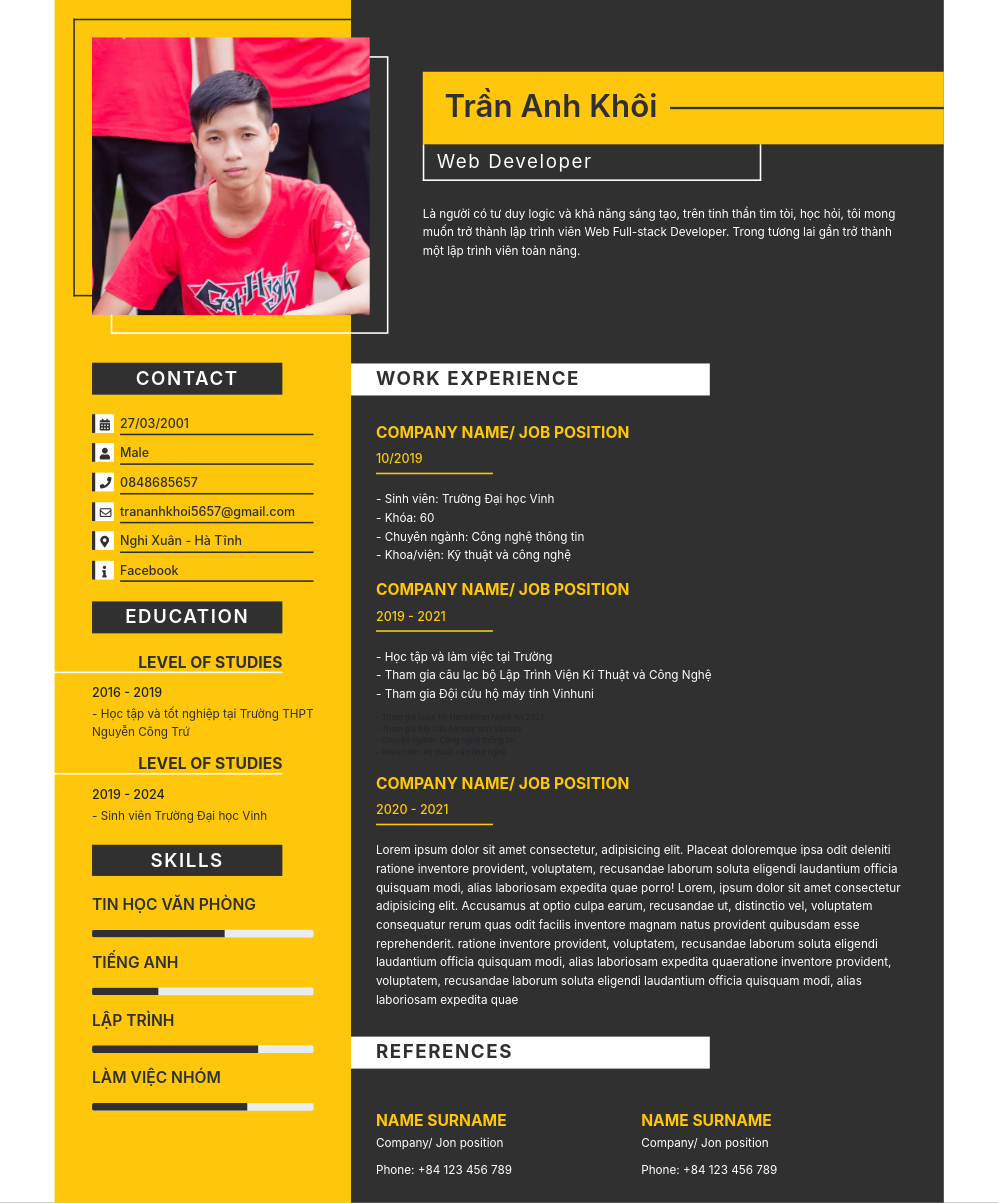
Repository: khoitadev/myCV
Page: index.html
These files come from the project's save history. The page is drawn as it stood at one moment and after the next save; the edit follows.
The browser window is 1280 px wide. The pictures show the whole page, at 78% of full size.
Some web libraries are served in a nearby version.

Above is the page before, as saved 2022-02-11 22:54:34.

After the next save:
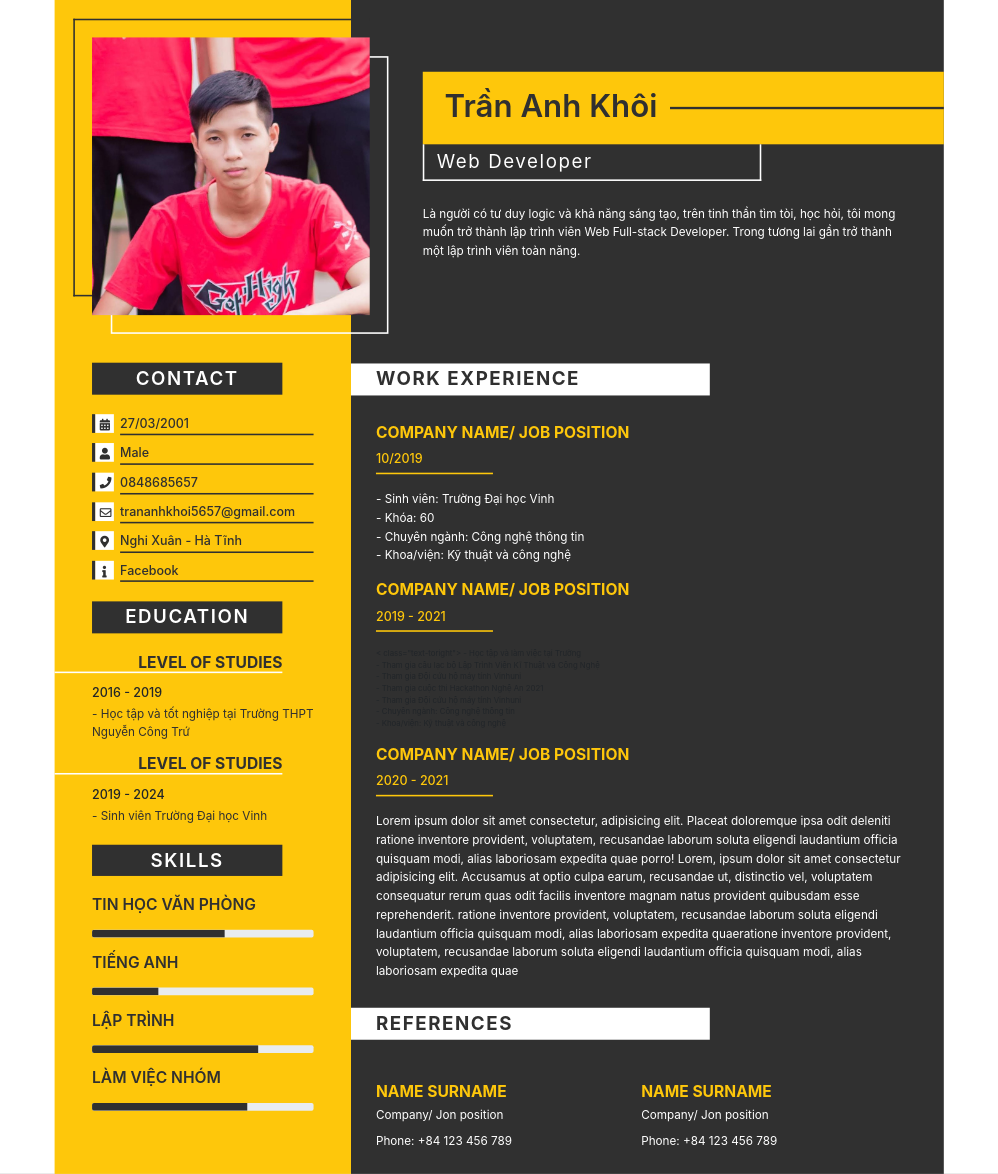
Saved 21 s later.
--- a/index.html
+++ b/index.html
@@ -125,10 +125,10 @@
           </p>
           <h3 class="work__heading">COMPANY NAME/ JOB POSITION</h3>
           <h4 class="work__title">2019 - 2021</h4>
-          <p class="text-toright">
+          < class="text-toright">
             - Học tập và làm việc tại Trường <br>
             - Tham gia câu lạc bộ Lập Trình Viện Kĩ Thuật và Công Nghệ <br>
-            - Tham gia Đội cứu hộ máy tính Vinhuni</p>
+            - Tham gia Đội cứu hộ máy tính Vinhuni <br>
             - Tham gia cuộc thi Hackathon Nghệ An 2021 <br>
             - Tham gia Đội cứu hộ máy tính Vinhuni <br>
             - Chuyên ngành: Công nghệ thông tin <br>
